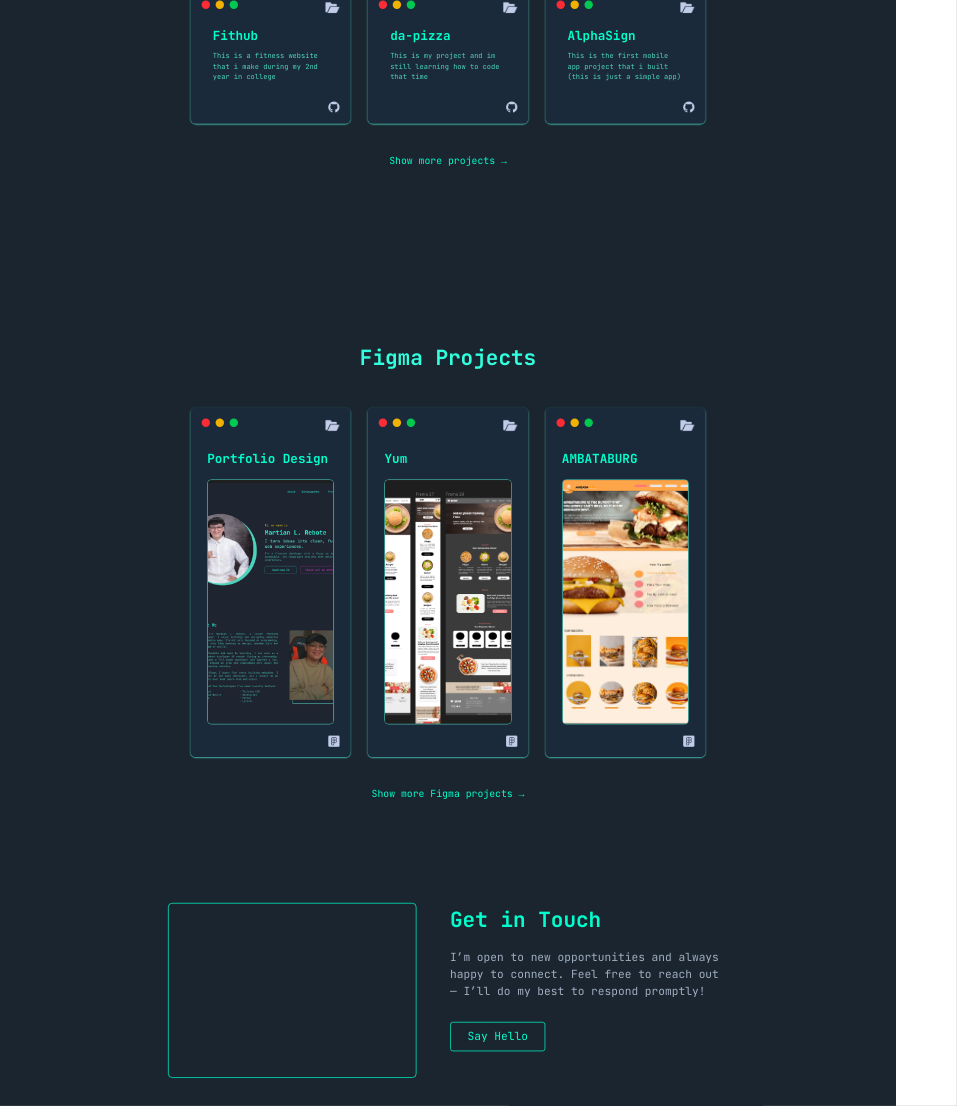
Repository: m4rsu-code/Portfolio
Page: / (app in my-portfolio/)
An editor plug-in stored every save of this project. The page is shown before and after the next save, followed by the edit.
The browser window is 1280 px wide. The page is 1367 px wide, so the pictures cover 1367 px, including what lies to the right of the window. The pictures show the part of the page from y = 3207 to 4967 px (the page is 4787 px tall before and 4967 px after), at 70% of full size.
The project was rebuilt for these pictures with package versions that can differ from the ones it lists, and the page was loaded fresh each time. Also part of the build but not shown: my-portfolio/vite.config.js, my-portfolio/src/assets/components/Modal/AchievementModal.jsx, my-portfolio/src/AchievementsPage.jsx, my-portfolio/src/ProjectPage.jsx, my-portfolio/src/FigmaProjectsPage.jsx.

Above is the page before, as saved 2025-08-04 18:14:43.

After the next save:
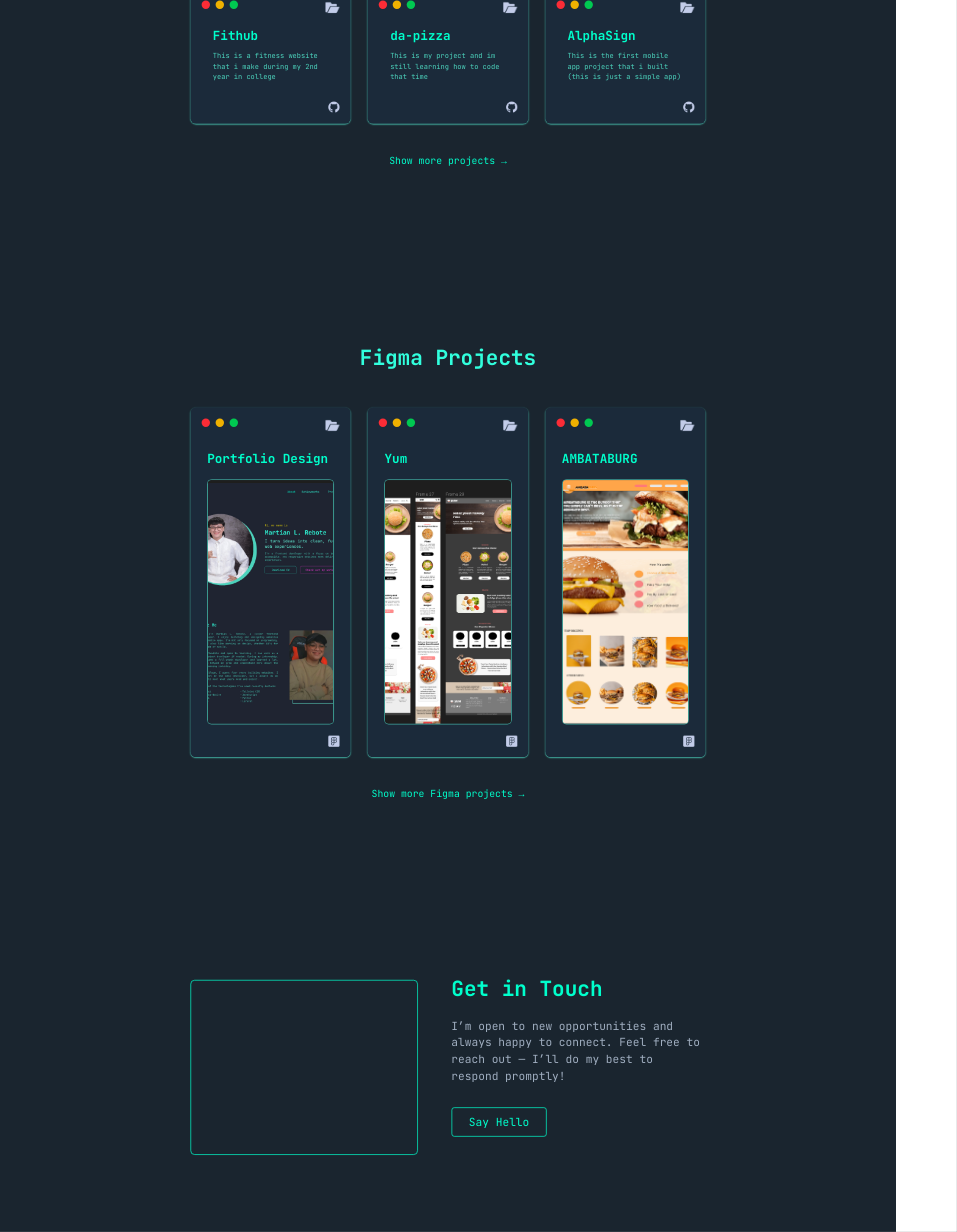
Saved 15 s later.
--- a/my-portfolio/src/App.jsx
+++ b/my-portfolio/src/App.jsx
@@ -332,7 +332,7 @@ function App() {
         </div>
 
         {/* Contact section */}
-        <div className="flex flex-col items-center justify-center mt-20  font-jetbrains-mono">
+        <div className="flex flex-col mt-30 px-8 py-16 font-jetbrains-mono">
           <div className="flex flex-col md:flex-row items-center justify-center gap-12 max-w-6xl w-full">
 
             {/* Left side — the outlined box */}
